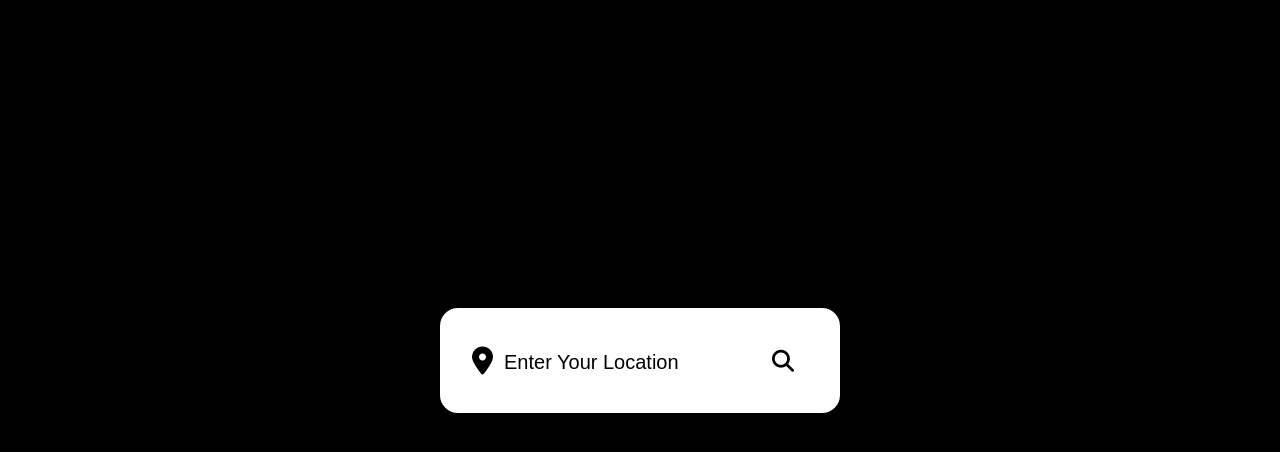
Repository: Pr1s0n3r627/weather
Page: index.html
The author's editor kept a copy of each file at every save. The page is drawn from the files as they stood at one save, then again after a run of saves.
The browser window is 1280 px wide. The pictures show the whole page.
Some web libraries are served in a nearby version.

Above is the page before, as saved 2024-05-19 00:15:24.

After the next 2 saves:
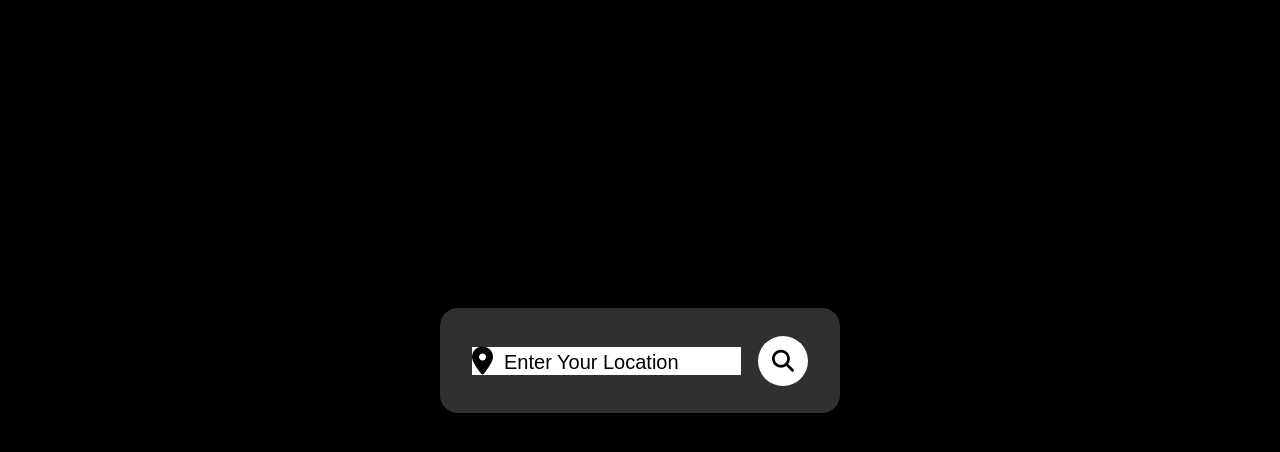
The 2 saves are shown as one change because they came seconds apart.
The last was saved 8 s later.
--- a/style.css
+++ b/style.css
@@ -18,7 +18,7 @@ body{
     position: relative;
     width: 400px;
     height: 105px;
-    background: #ffffff;
+    background: #303030;
     padding: 28px 32px;
     overflow: hidden;
     border-radius: 18px;
